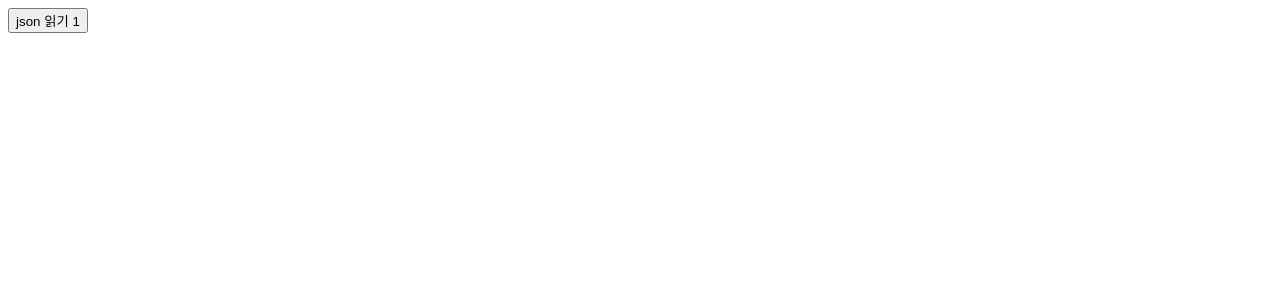
Repository: dongcmd/dong_jsp
Page: ajaxStudy/src/main/webapp/ex05_fetch.html
An editor plug-in stored every save of this project. The page is shown before and after a run of saves, followed by the edit.
The browser window is 1280 px wide. The pictures show the whole page.
After loading, the first visible `input` was clicked once.

Above is the page before, as saved 2025-04-21 05:37:43.
Console error: ReferenceError: t is not defined

After the next 2 saves:
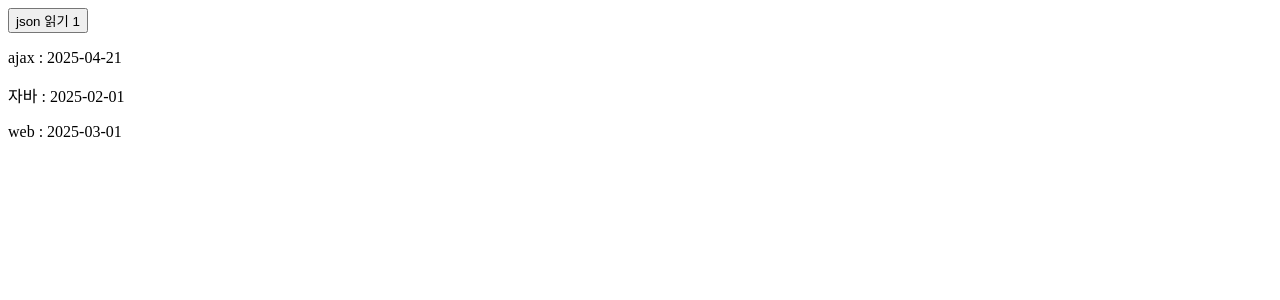
The error is gone.
The 2 saves are shown as one change because they came seconds apart.
The last was saved 37 s later.
--- a/ajaxStudy/src/main/webapp/ex05_fetch.html
+++ b/ajaxStudy/src/main/webapp/ex05_fetch.html
@@ -11,7 +11,7 @@
 	function load1(url) {
 		fetch(url)
 		.then((r) => r.text())
-		.then( r => {
+		.then( t => {
 			let data = JSON.parse(t);
 			let area = document.querySelector("#area");
 			for(s of data) {
